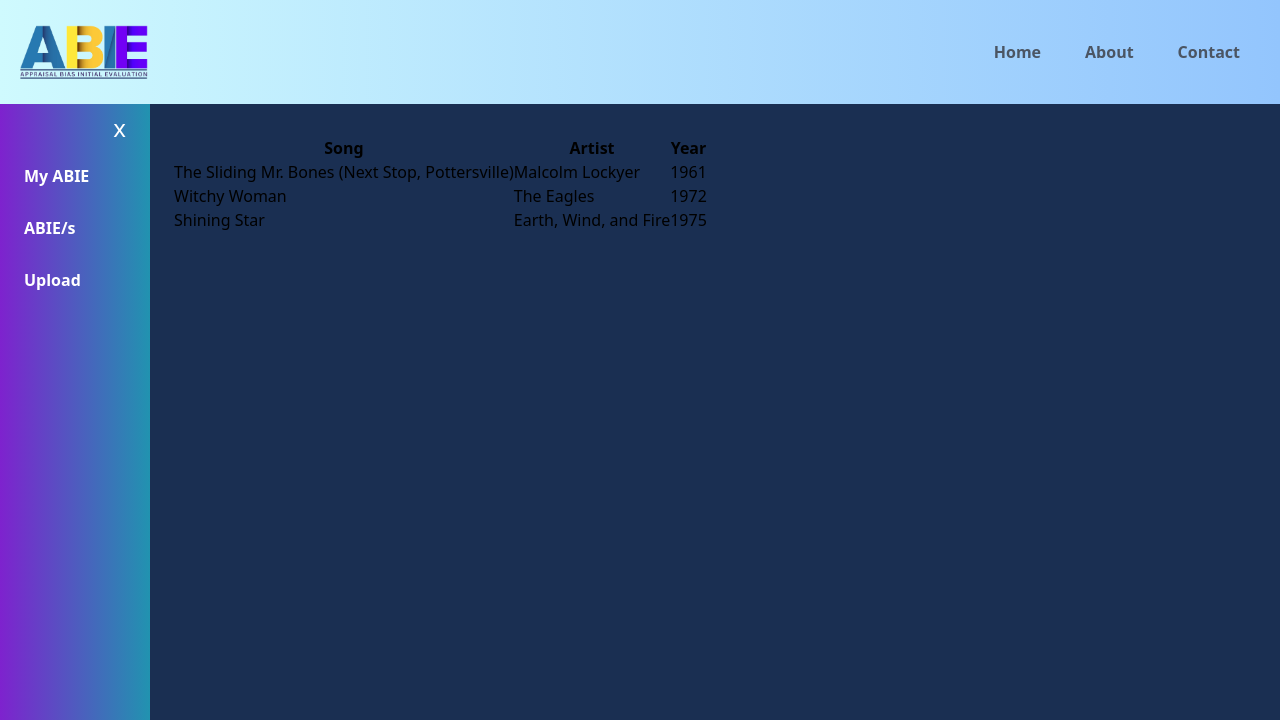
Repository: WafulaLukorito/Abie-frontend
Page: /dashboard
These files come from the project's save history. The page is drawn as it stood at one moment and after the next save; the edit follows.
The browser window is 1280 px wide. The pictures show the whole page.
The project was rebuilt for these pictures with package versions that can differ from the ones it lists, and the page was loaded fresh each time. Also part of the build but not shown: vite.config.js, src/components/Header/Button.jsx, src/components/Header/Links.jsx, src/components/Header/index.jsx, src/pages/Home.jsx, src/pages/About.jsx.

Above is the page before, as saved 2024-01-26 17:32:58.

After the next save:
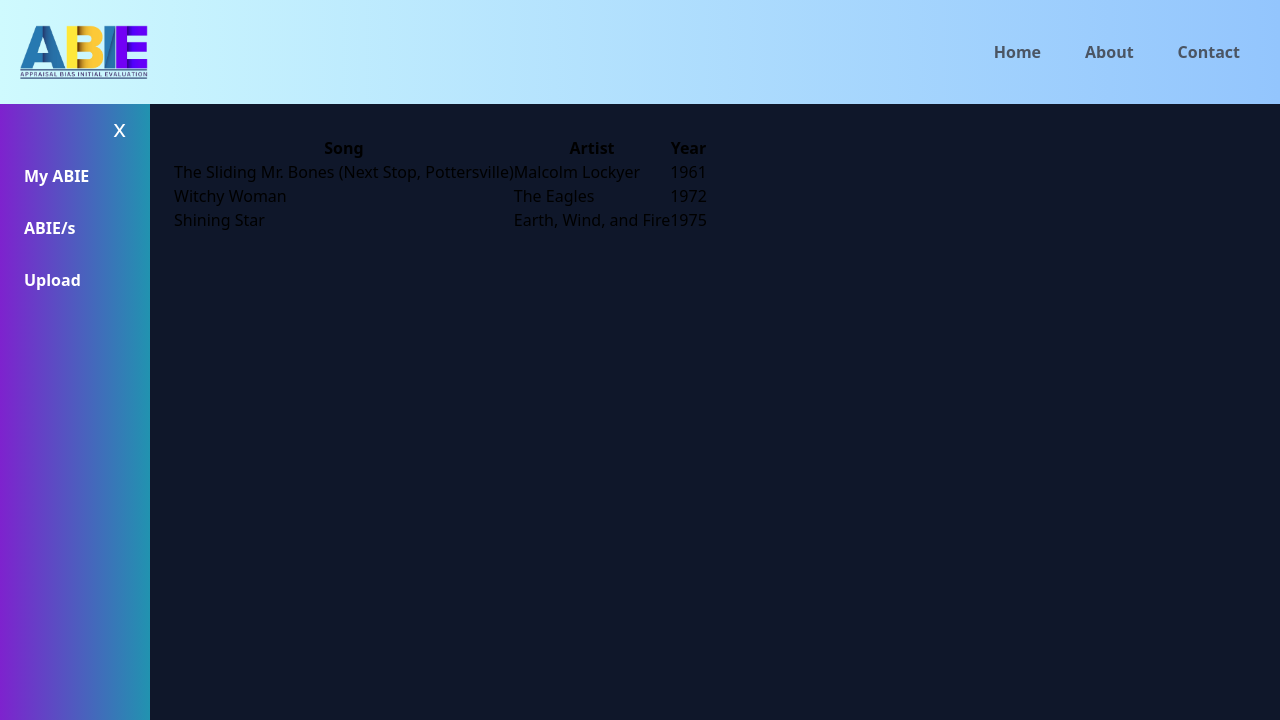
Saved 23 s later.
--- a/src/pages/Dashboard.jsx
+++ b/src/pages/Dashboard.jsx
@@ -11,7 +11,7 @@
 
     return (
         <div className="flex h-screen"
-              style = {{backgroundColor: "#1A2F52"}}>
+              style = {{backgroundColor: "#0F172A"}}>
 
        {/* // style={{ background: 'linear-gradient(to left, #6dd5ed, #2193b0)' }}>  Gradient background */}
             <Sidebar isOpen={isSidebarOpen} toggleSidebar={toggleSidebar} />

After the save that followed:
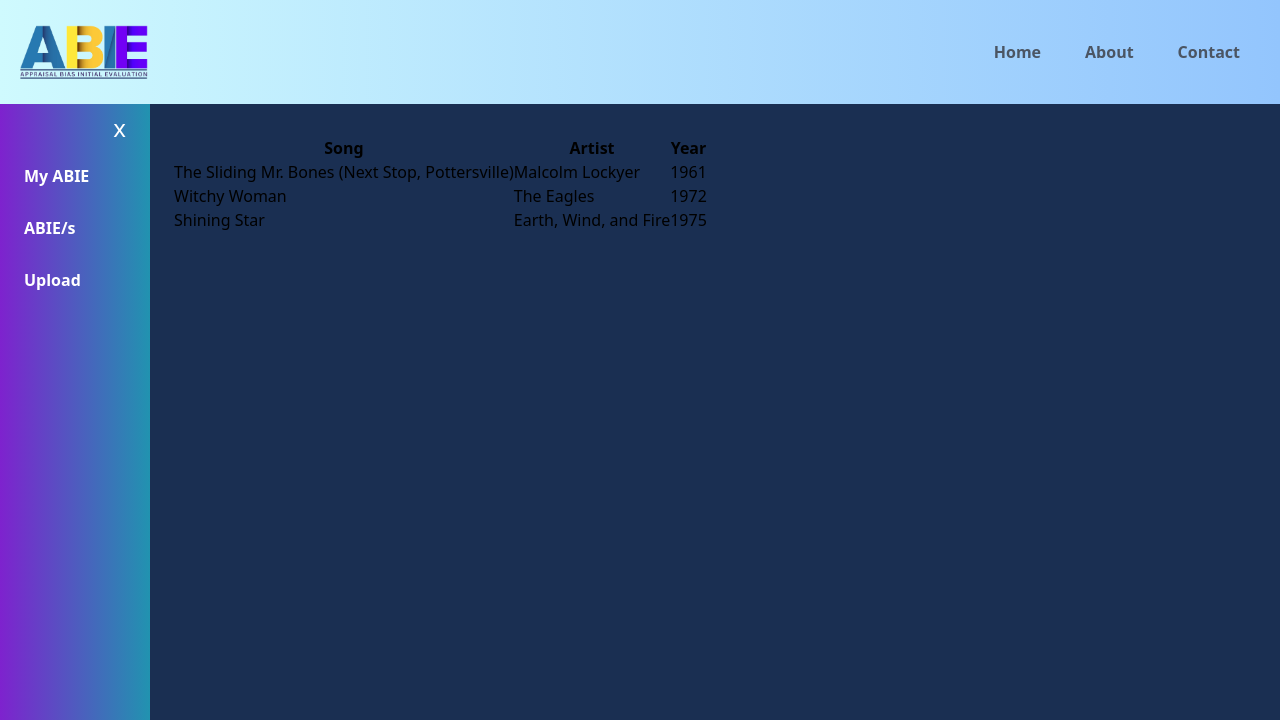
Saved 52 s later.
--- a/src/pages/Dashboard.jsx
+++ b/src/pages/Dashboard.jsx
@@ -11,7 +11,7 @@
 
     return (
         <div className="flex h-screen"
-              style = {{backgroundColor: "#0F172A"}}>
+              style = {{backgroundColor: "#1A2F52"}}>
 
        {/* // style={{ background: 'linear-gradient(to left, #6dd5ed, #2193b0)' }}>  Gradient background */}
             <Sidebar isOpen={isSidebarOpen} toggleSidebar={toggleSidebar} />
